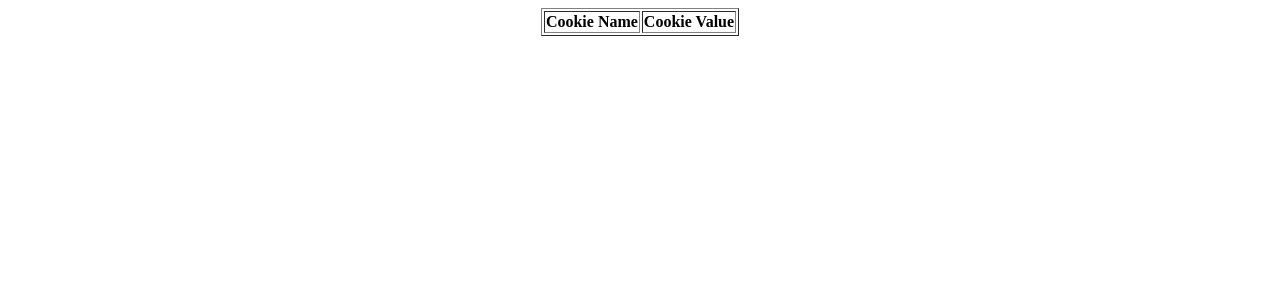
Repository: MaheshYadavM/my-frist-repo
Page: http://localhost/HttpCookie/test2
The author's editor kept a copy of each file at every save. The page is drawn from the files as they stood at one save, then again after the next save.
The browser window is 1280 px wide. The pictures show the whole page.
The page is served by Tomcat 9.

Above is the page before, as saved 2022-08-29 05:56:40.

After the next save:
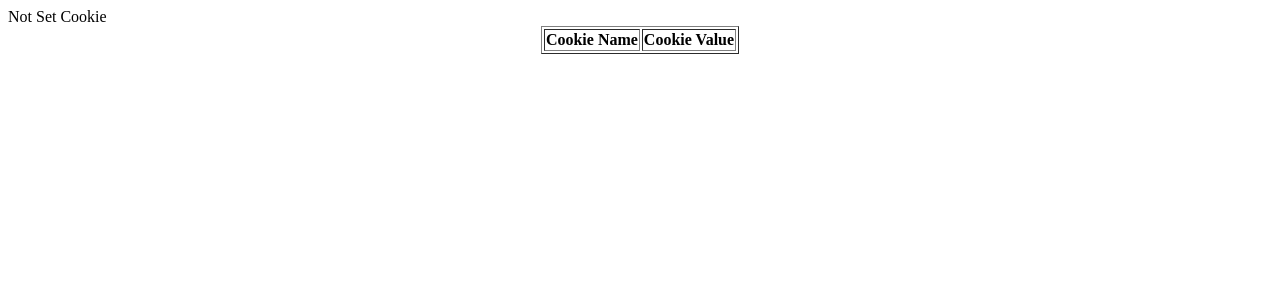
Saved 5 min 36 s later.
--- a/HttpCookie/src/com/cookie/ex/ShowCookie.java
+++ b/HttpCookie/src/com/cookie/ex/ShowCookie.java
@@ -30,6 +30,7 @@ public class ShowCookie extends HttpServlet {
 	 */
 	protected void doGet(HttpServletRequest req, HttpServletResponse res) throws ServletException, IOException {
 		res.setContentType("text/html");
+		PrintWriter pw=res.getWriter();
 		PrintWriter out=res.getWriter();
 		String title="Active Cookies";
 		out.println("<html><head><title>"+title+"</title></head></html>");
@@ -43,7 +44,7 @@ public class ShowCookie extends HttpServlet {
 
 		}
 		else{
-			System.out.println("Not Set Cokkies ");
+			pw.print("Not Set Cookie ");
 		}
 		out.println("</table></body></html>");
 	}
